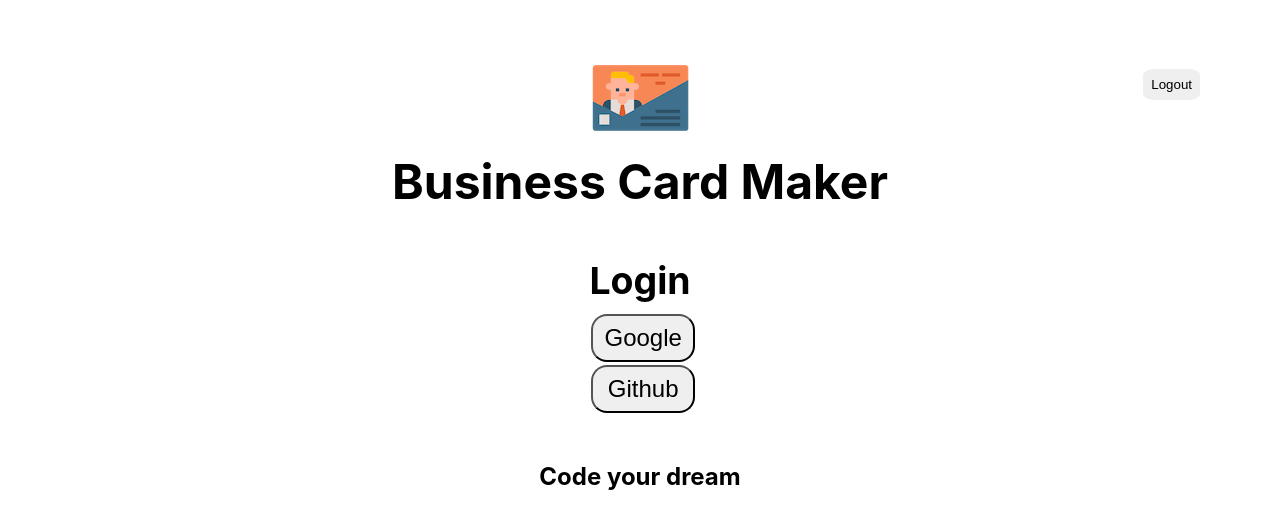
Repository: gomgomigom/firebase_practice_card_maker
Page: /
The author's editor kept a copy of each file at every save. The page is drawn from the files as they stood at one save, then again after the next save.
The browser window is 1280 px wide. The pictures show the whole page.
The page's requests for data from a server got no answer. The project was rebuilt for these pictures with package versions that can differ from the ones it lists, and the page was loaded fresh each time. No one was signed in, and anything a server would have sent is missing.

Above is the page before, as saved 2022-01-21 14:14:52.

After the next save:
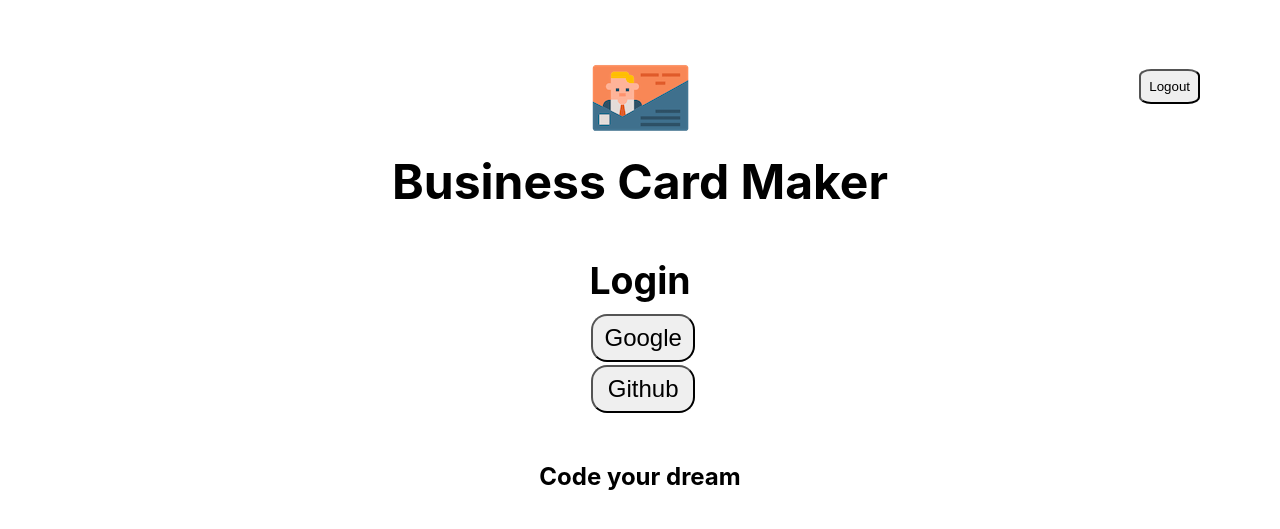
Saved 5 s later.
--- a/src/components/header/header.module.css
+++ b/src/components/header/header.module.css
@@ -34,5 +34,4 @@
   background-color: makerBlack;
   color: makerWhite;
   outline: 0;
-  border: none;
 }

After the save that followed:
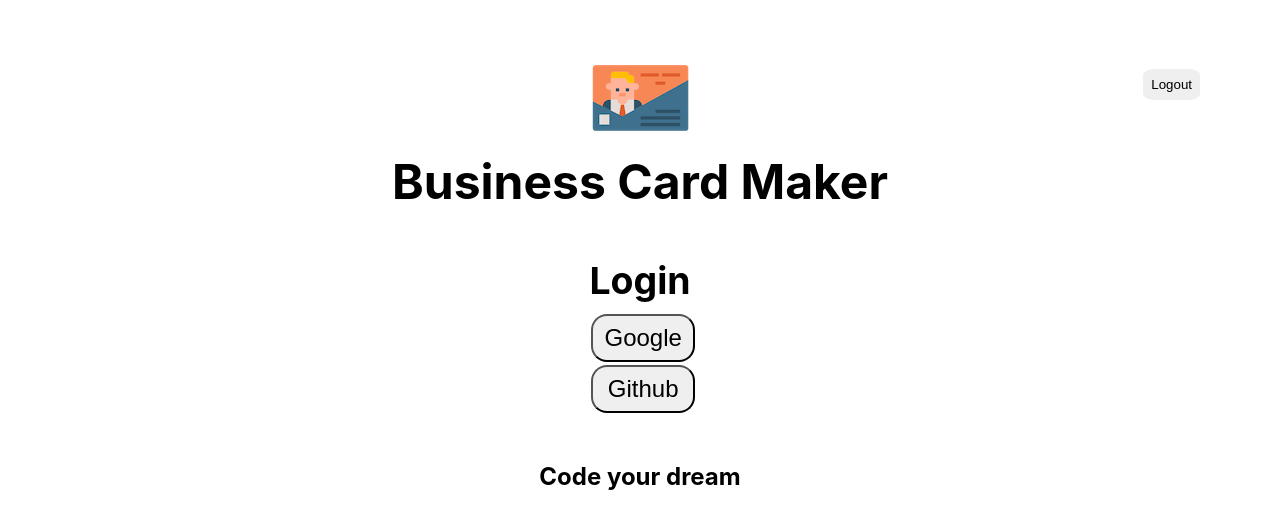
Saved 10 s later.
--- a/src/components/header/header.module.css
+++ b/src/components/header/header.module.css
@@ -34,4 +34,5 @@
   background-color: makerBlack;
   color: makerWhite;
   outline: 0;
+  border: 0;
 }
